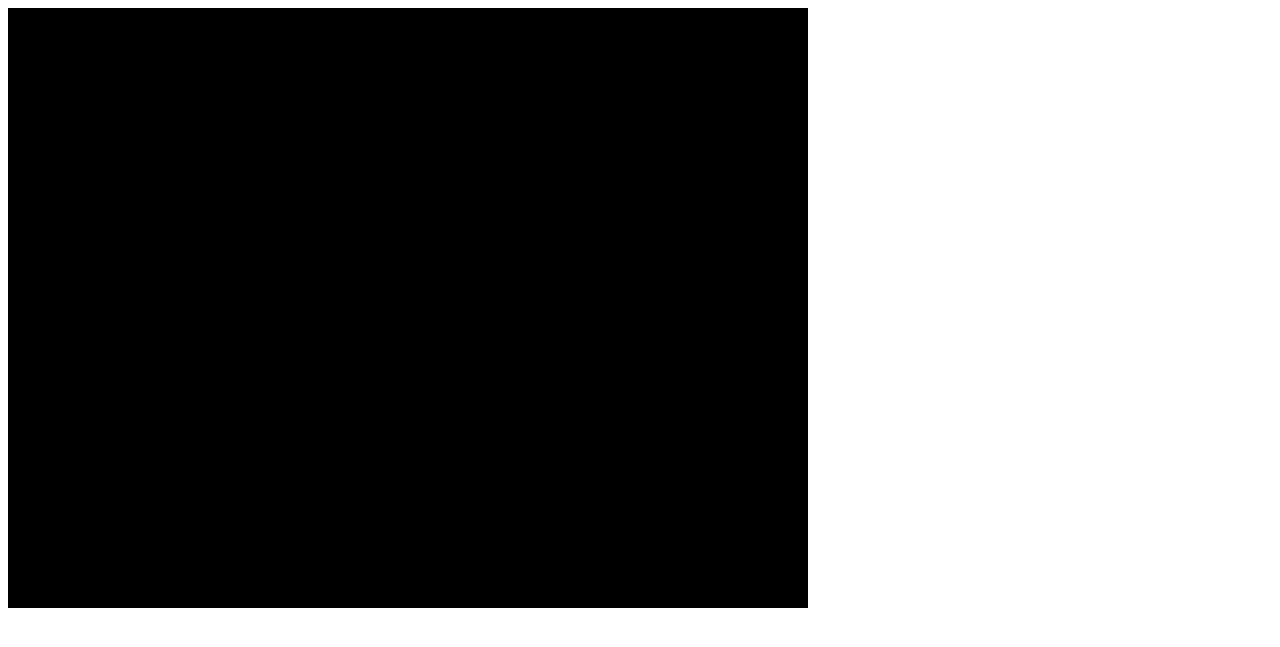
Repository: sunilnair1987/CSCI630_Spring2015_snair
Page: PhaserDemo/WebContent/index.html
These files come from the project's save history. The page is drawn as it stood at one moment and after the next save; the edit follows.
The browser window is 1280 px wide. The pictures show the whole page.

Above is the page before, as saved 2015-04-05 03:09:15.

After the next save:
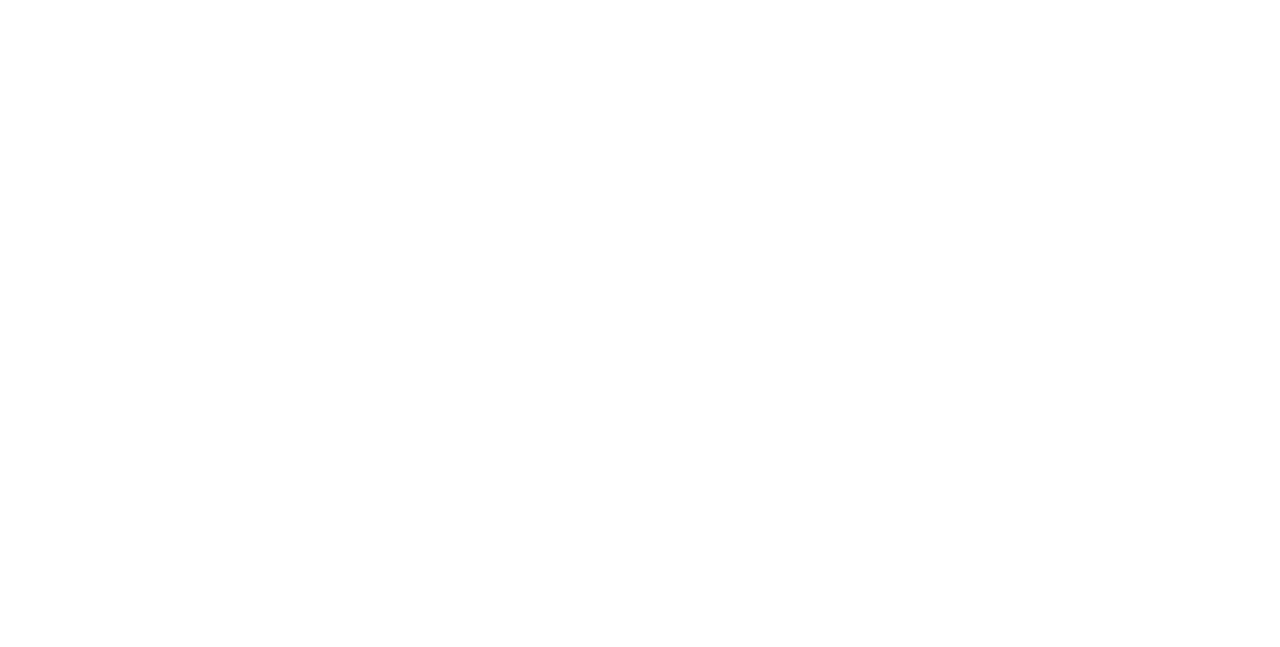
Console error: ReferenceError: Phaser is not defined
Not found: PhaserDemo/WebContent/lib/phaser/phaser.min.js
Saved 65 s later.
--- a/PhaserDemo/WebContent/index.html
+++ b/PhaserDemo/WebContent/index.html
@@ -3,7 +3,7 @@
 <head>
 <meta http-equiv="Content-Type" content="text/html; charset=UTF-8">
 	<title>Phaser Game Tutorial</title>
-	<script type="text/javascript" src="./WEB-INF/lib/phaser/phaser.min.js"></script>
+	<script type="text/javascript" src="./lib/phaser/phaser.min.js"></script>
 </head>
 <body>
 <script type="text/javascript">

After the 2 saves that followed:
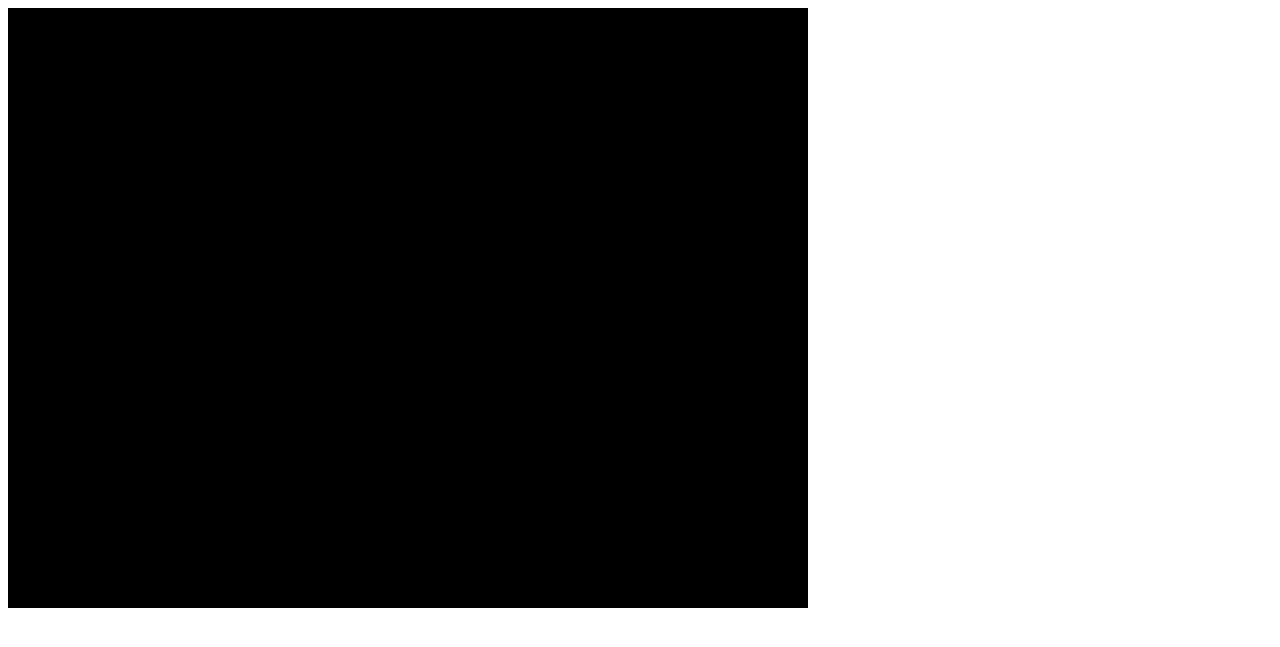
The error is gone.
The 2 saves are shown as one change because 1 left the picture as it was.
The last was saved 3 min 59 s later.
--- a/PhaserDemo/WebContent/index.html
+++ b/PhaserDemo/WebContent/index.html
@@ -3,7 +3,7 @@
 <head>
 <meta http-equiv="Content-Type" content="text/html; charset=UTF-8">
 	<title>Phaser Game Tutorial</title>
-	<script type="text/javascript" src="./lib/phaser/phaser.min.js"></script>
+	<script type="text/javascript" src="./WEB-INF/lib/phaser/phaser.min.js"></script>
 </head>
 <body>
 <script type="text/javascript">
@@ -11,6 +11,10 @@
 var game = new Phaser.Game(800, 600, Phaser.AUTO, '', { preload: preload, create: create, update: update });
 
 function preload() {
+	game.load.image('sky', 'assets/sky.png');
+    game.load.image('ground', 'assets/platform.png');
+    game.load.image('star', 'assets/star.png');
+    game.load.spritesheet('dude', 'assets/dude.png', 32, 48);
 }
 
 function create() {
